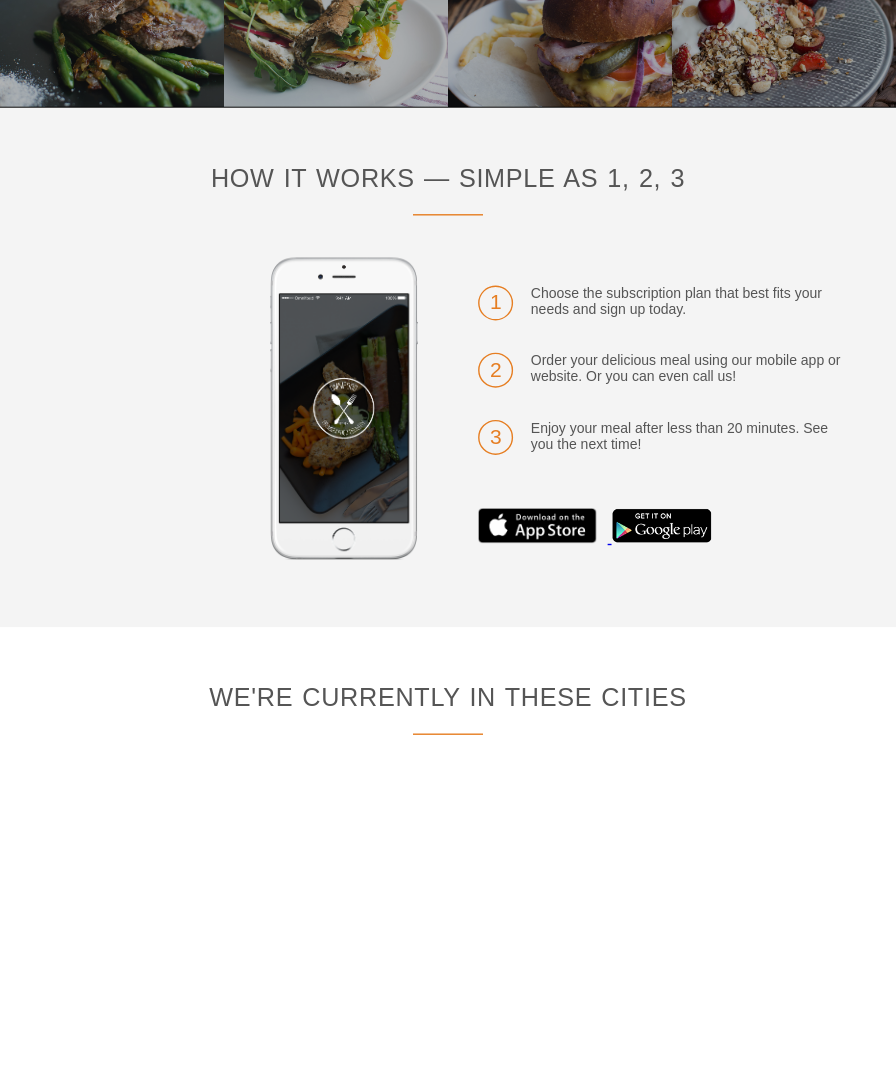
Repository: pboi18/E-Foods
Page: index.html
The author's editor kept a copy of each file at every save. The page is drawn from the files as they stood at one save, then again after the next save.
The browser window is 1280 px wide. The pictures show the part of the page from y = 1767 to 3687 px (the page is 3291 px tall before and 3687 px after), at 70% of full size.
Backgrounds fixed to the window are drawn as part of the page.

Above is the page before, as saved 2020-07-13 16:25:54.

After the next save:
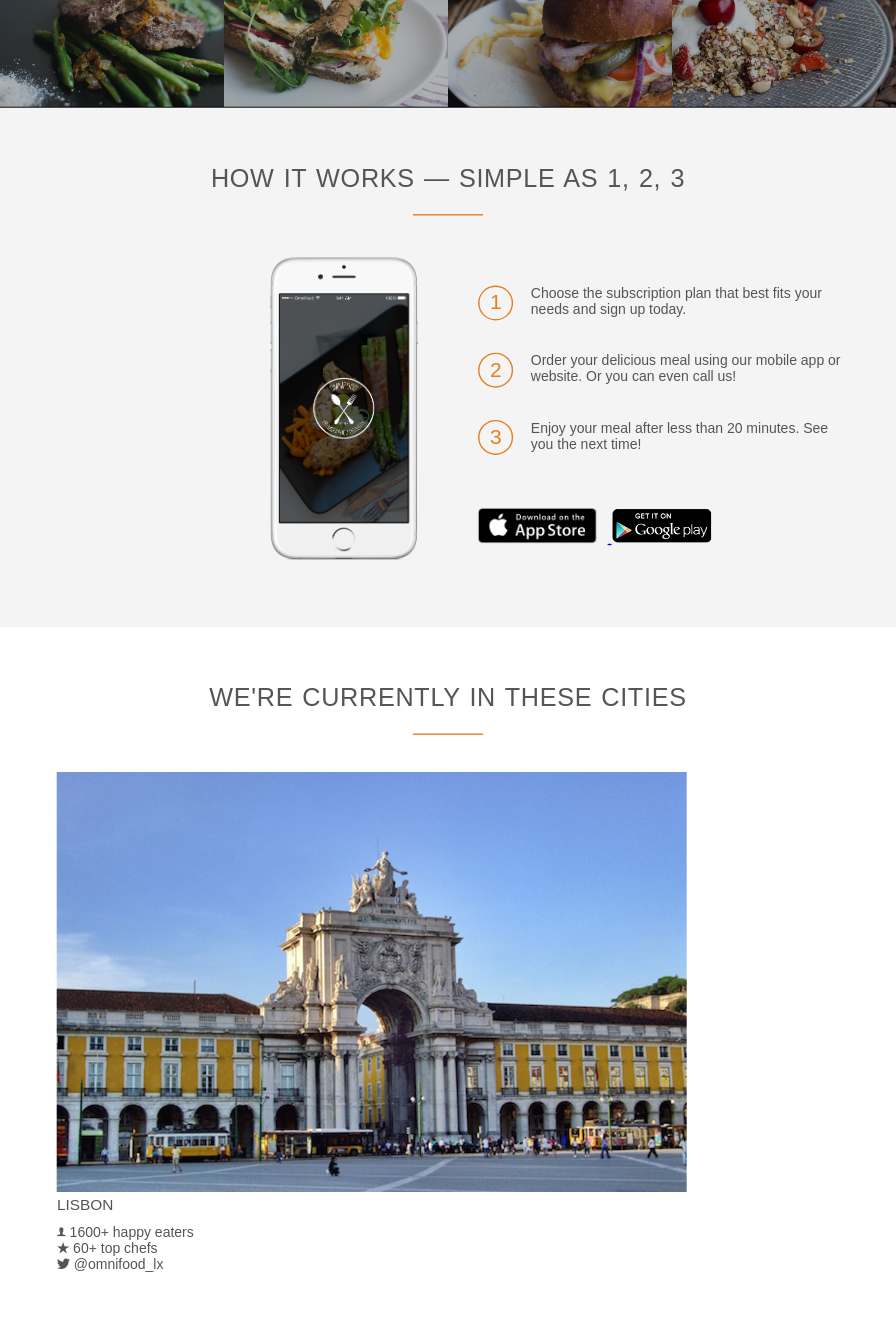
Saved 15 min 7 s later.
--- a/index.html
+++ b/index.html
@@ -43,7 +43,7 @@
 
          <div class="row">
                <div class="col span-1-of-4 box">
-                  <e class="ion-ios-infinite-outline icon-big"></e>
+                  <i class="ion-ios-infinite-outline icon-big"></i>
                   <h3>Up to 365 days/year</h3>
                   <p>
                      Never cook again! We
@@ -56,7 +56,7 @@
                </div>
 
                <div class="col span-1-of-4 box">
-                  <e class="ion-ios-stopwatch-outline icon-big"></e>
+                  <i class="ion-ios-stopwatch-outline icon-big"></i>
                   <h3>Ready in 20 minutes</h3>
                   <p>
                      You're only twenty minutes
@@ -70,7 +70,7 @@
                </div>
 
                <div class="col span-1-of-4 box">
-                  <e class="ion-ios-nutrition-outline icon-big"></e>
+                  <i class="ion-ios-nutrition-outline icon-big"></i>
                   <h3>100% organic</h3>
                   <p>
                      All our vegetables are fresh, organic and local. Animals are raised without added hormones or antibiotics. Good for your health, the environment, and it also tastes better!
@@ -78,7 +78,7 @@
                </div>
 
                <div class="col span-1-of-4 box">
-                  <e class="ion-ios-cart-outline icon-big"></e>
+                  <i class="ion-ios-cart-outline icon-big"></i>
                   <h3>Order anything</h3>
                   <p>
                      We don't limit your creativity, which means you can order whatever you feel like. You can also choose from our menu containing over 100 delicious meals. It's up to you!
@@ -177,68 +177,33 @@
             </h2>
          </div>
 
-         <ul class="">
-            <li>
-               <figure>
-                  <img src="" alt="">
-               </figure>
-            </li>
-
-            <li>
-               <figure>
-                  <img src="" alt="">
-               </figure>
-            </li>
-
-            <li>
-               <figure>
-                  <img src="" alt="">
-               </figure>
-            </li>
-
-            <li>
-               <figure>
-                  <img src="" alt="">
-               </figure>
-            </li>
-
-         </ul>
-
-         <ul class="">
-            <li>
-               <figure>
-                  <img src="" alt="">
-               </figure>
-            </li>
-
-            <li>
-               <figure>
-                  <img src="" alt="">
-               </figure>
-            </li>
-
-            <li>
-               <figure>
-                  <img src="" alt="">
-               </figure>
-            </li>
-
-            <li>
-               <figure>
-                  <img src="" alt="">
-               </figure>
-            </li>
-
-         </ul>
+         <div class="row">
+            <div class="col span-1-of-4 box">
+               <img src="resources/img/lisbon-3.jpg" alt="Lisbon">
+               <h3>Lisbon</h3>
+               <div class="city-feature">
+                  <i class="ion-ios-person"></i>
+                  1600+ happy eaters
+               </div>
+               <div class="city-feature">
+                  <i class="ion-ios-star"></i>
+                  60+ top chefs
+               </div>
+               <div class="city-feature">
+                  <i class="ion-social-twitter"></i>
+                  @omnifood_lx
+               </div>
+            </div>
+         </div>
       </section>
    </body>
 
 <!-- Title:
 
-Lisbon
-1600+ happy eaters
-60+ top chefs
-@omnifood_lx
+
+
+
+
 
 San Francisco
 3700+ happy eaters
